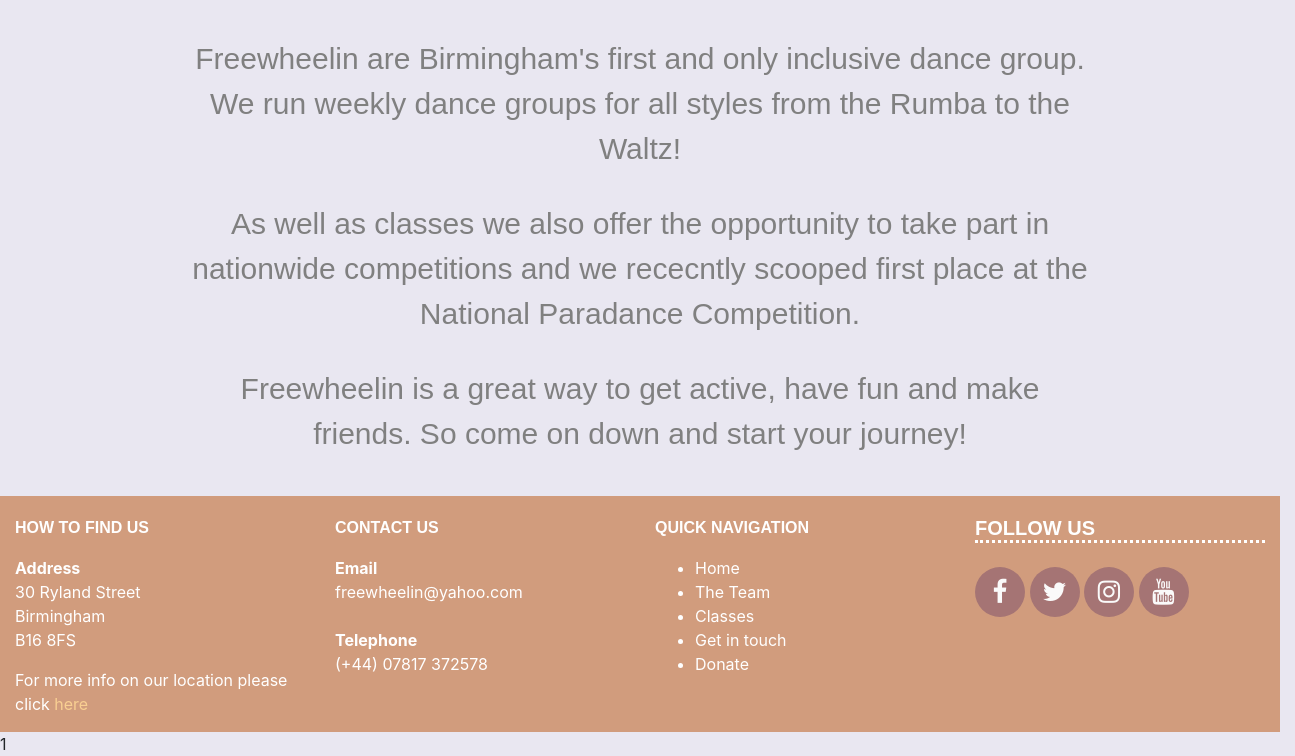
Repository: Code-Institute-Submissions/francisillingworth-resubmitted-milestone-project-1
Page: index.html
The author's editor kept a record of every edit. The page is drawn from the files as they stood at one moment, then again after the next edit.
The browser window is 1280 px wide. The page is 1295 px wide, so the pictures cover 1295 px, including what lies to the right of the window. The pictures show the part of the page from y = 811 to 1567 px (the page is 1567 px tall).

Above is the page before.

### index.html
<!DOCTYPE html>
<html lang="en">

<head>
    <meta charset="UTF-8">
    <meta name="viewport" content="width=device-width, initial-scale=1.0">
    <meta http-equiv="X-UA-Compatible" content="ie=edge">
    <link rel="stylesheet" href="https://stackpath.bootstrapcdn.com/bootstrap/4.3.1/css/bootstrap.min.css" type="text/css" />
    <link rel="stylesheet" href="https://stackpath.bootstrapcdn.com/font-awesome/4.7.0/css/font-awesome.min.css" type="text/css" />
    <link rel="stylesheet" href="https://cdnjs.cloudflare.com/ajax/libs/hover.css/2.3.1/css/hover-min.css" type="text/css" />
    <link rel="stylesheet" href="static/css/style.css" type="text/css" />
    <link rel="icon" type="image/png" href="assets/images/logo.png">
    <title>Freewheelin | Inclusive Dance</title>
</head>

<body>

    <header>
        <div class="container-fluid navalert-container">
            <div class="container-fluid alert-container">
                <div class="row d-none d-lg-block">
                    <div class="site-wide-alert alert alert-warning col-12 "><strong> Want to get involved?</strong> Click <a href="classes.html">here</a> for more info on classes! Want to donate? <button class="btn btn-success btn-sm " data-toggle="modal" data-target="#donateModal">Click Here!</button></div>
                </div>
            </div>
            <nav class="navbar navbar-dark navbar-expand-xl">
                <a href="/" class="navbar-brand"></a>
                <button class="navbar-toggler ml-auto" type="button" data-toggle="collapse" data-target="#navbarNavDropdown" aria-controls="navbarNavDropdown" aria-expanded="false" aria-label="Toggle navigation">
        <span class="navbar-toggler-icon"></span></button>


                <div class="collapse navbar-collapse  ml-auto" id="navbarNavDropdown">
                    <ul class="navbar-nav mr-auto">
                        <li class=" nav-item mr-2"><a class="nav-link" href="index.html">Home</a></li>
                        <li class="nav-item mr-2"><a class="nav-link" href="team.html">The Team</a></li>
                        <li class="nav-item dropdown">
                            <li class="nav-item mr-2"><a class="nav-link" href="classes.html">Classes</a></li>
                            <a class="nav-link dropdown-toggle " href="#" id="navbarDropdownMenuLink" role="button" data-toggle="dropdown" aria-haspopup="true" aria-expanded="false">Get in touch</a>
                            <div class="dropdown-menu" aria-labelledby="navbarDropdownMenuLink">
                                <a class="dropdown-item" href="get-in-touch.html">Contact us</a>
                                <a class="dropdown-item" href="#" data-toggle="modal" data-target="#donateModal">Donate</a>
                            </div>
                        </li>

                    </ul>
                </div>

            </nav>
        </div>

        <img class="logo" src="assets/images/logo.png" alt="Logo">
        <h1>Freewheelin</h1>
        <h2>Inclusive dance</h2>
        <div class="row no-gutters">
            <div class="col-md-8 offset-2">
                <div class="d-none d-lg-block">
                    <div class="row no-gutters">
                        <div class="col">
                            <ul id="nav" class="list-inline menucontainer">
                                <li class="col-sm-3 ui-menu-color list-inline-item menuitem">
                                    <a href="index.html" class="hvr-icon-grow"><i class="fa fa-home hvr-icon" aria-hidden="true"></i><span>&nbsp;  Home</span></a>
                                </li>
                                <li class="col-sm-3 ui-menu-color list-inline-item menuitem">
                                    <a href="team.html" class="hvr-icon-grow"><i class="fa fa-users hvr-icon" aria-hidden="true"></i><span>&nbsp;  The Team</span></a>
                                </li>
                                <li class="col-sm-3 ui-menu-color list-inline-item menuitem">
                                    <a href="classes.html" class="hvr-icon-grow"><i class="fa fa-calendar hvr-icon" aria-hidden="true"></i><span>&nbsp;  Classes</span></a>
                                </li>
                                <li class="col-sm-3 ui-menu-color list-inline-item menuitem">
                                    <a href="get-in-touch.html" class="hvr-icon-grow"><i class="fa fa-comments hvr-icon" aria-hidden="true"></i><span>&nbsp;  Get in touch</span></a>
                                </li>
                            </ul>

                        </div>
                    </div>
                </div>
            </div>
        </div>
    </header>

    <section>

        <iframe class="introVideo" width="516" height="296" src="https://www.youtube.com/embed/5jInVw9U_JM" frameborder="0" allow="accelerometer; autoplay; encrypted-media; gyroscope; picture-in-picture" allowfullscreen></iframe>
        <p class="homePagePara">Freewheelin are Birmingham's first and only inclusive dance group. We run weekly dance groups for all styles from the Rumba to the Waltz!</p>
        <p class="homePagePara">As well as classes we also offer the opportunity to take part in nationwide competitions and we rececntly scooped first place at the National Paradance Competition.</p>
        <p class="homePagePara">Freewheelin is a great way to get active, have fun and make friends. So come on down and start your journey!</p>
        </p>
    </section>

    <footer class="container-fluid">
        <div class="row">
            <div class="col-sm-6 col-md-4 col-lg-3">
                <p class="uppercase general-sub footerHeader"><strong>How to find us</strong></p>
                <p class="footer-text"><strong>Address</strong><br>30 Ryland Street<br>Birmingham<br>B16 8FS</p>
                <p class="footer-text footer-text-map-link">For more info on our location please click <a class="classes-page" href="classes.html">here</a></p>
                <div class="container-map">
                    <iframe src="https://www.google.com/maps/embed?pb=!1m18!1m12!1m3!1d4860.370228884722!2d-1.922623812816778!3d52.47578393677804!2m3!1f0!2f0!3f0!3m2!1i1024!2i768!4f13.1!3m3!1m2!1s0x4870bcf7880bee33%3A0xc67f882871949e74!2s30+Ryland+St%2C+Birmingham+B16+8FS!5e0!3m2!1sen!2suk!4v1556909026058!5m2!1sen!2suk"
                        width="300" height="300" frameborder="0" style="border:0" allowfullscreen></iframe>
                </div>
            </div>
            <div class="col-sm-6 col-md-4 col-lg-3">
                <p class="uppercase general-sub footerHeader"><strong>Contact Us</strong></p>
                <p class="footer-text"><strong> Email</strong><br>freewheelin@yahoo.com<br><br><strong>Telephone</strong><br>(+44) 07817 372578</p>
            </div>
            <div class="col-sm-6 col-md-4 col-lg-3">
                <p class="uppercase general-sub footerHeader"><strong>Quick Navigation</strong></p>
                <ul>
                    <li class="footer-nav"><a href="index.html">Home</a></li>
                    <li class="footer-nav"><a href="team.html">The Team</a></li>
                    <li class="footer-nav"><a href="classes.html">Classes</a></li>
                    <li class="footer-nav"><a href="get-in-touch.html">Get in touch</a></li>
                    <li class="footer-nav"><a href="#" data-toggle="modal" data-target="#donateModal">Donate</a></li>
                </ul>
            </div>
            <div class="col-sm-6 col-md-4 col-lg-3">
                <h5 class="uppercase general-sub"><strong>Follow us</strong></h5>
                <br>
                <ul class="list-inline social-links">
                    <li class="list-inline-item">
                        <a target="_blank" href="https://www.facebook.com/freewheelindance/?view_public_for=1515757465107461">
                            <i class="fa fa-facebook hvr-icon" aria-hidden="true"></i>
                            <span class="sr-only">Facebook</span>
                        </a>
                    </li>
                    <li class="list-inline-item">
                        <a target="_blank" href="https://twitter.com/wheelin_free">
                            <i class="fa fa-twitter hvr-icon" aria-hidden="true"></i>
                            <span class="sr-only">Twitter</span>
                        </a>
                    </li>
                    <li class="list-inline-item">
                        <a target="_blank" href="https://www.instagram.com/freewheelin_dance/">
                            <i class="fa fa-instagram hvr-icon" aria-hidden="true"></i>
                            <span class="sr-only">Instagram</span>
                        </a>
                    </li>
                    <li class="list-inline-item">
                        <a target="_blank" href="https://www.youtube.com/channel/UCn35KSVQHnnvmcoqwCyMNBQ">
                            <i class="fa fa-youtube hvr-icon" aria-hidden="true"></i>
                            <span class="sr-only">Youtube</span>
                        </a>
                    </li>
                </ul>
            </div>

        </div>

    </footer>

    <div class="modal" tabindex="-1" role="dialog" id="donateModal">
        <div class="modal-dialog" role="document">
            <div class="modal-content">
                <div class="modal-header">
                    <h5 class="modal-title">Donate to Freewheelin!</h5>
                    <button type="button" class="close" data-dismiss="modal" aria-label="Close">
          <span aria-hidden="true">&times;</span>
        </button>
                </div>
                <div class="modal-body">
                    <form>
                        <div class="form-group">
                            <label for="InputName">Full name (required)</label>
                            <input type="text" class="form-control" id="exampleInputEmail1" aria-describedby="emailHelp" placeholder="Enter full name" required>
                        </div>
                        <div class="form-group">
                            <label for="InputEmail">Email address (required)</label>
                            <input type="email" class="form-control" id="exampleInputEmail1" aria-describedby="emailHelp" placeholder="Enter email" required>
                            <small id="emailHelp" class="form-text text-muted">We'll never share your email with anyone else.</small>
                        </div>
                        <div class="form-group">
                            <label for="InputTelephoneNumber">Telephone number (optional)</label>
                            <input type="text" class="form-control" id="exampleInputPassword1" placeholder="Enter Telephone Number">
                            <small id="phoneHelp" class="form-text text-muted">We'll never share your phone number with anyone else.</small>
                        </div>
                        <p>By clicking submit you will send us your contact details. A member of the team will get in touch shortly to dicuss your donation. Thank you for your generosity!</p>
                        <button type="submit" class="btn btn-primary">Submit</button>
                    </form>
                </div>
            </div>
        </div>
    </div>



    <script src="https://code.jquery.com/jquery-3.3.1.slim.min.js" integrity="sha384-q8i/X+965DzO0rT7abK41JStQIAqVgRVzpbzo5smXKp4YfRvH+8abtTE1Pi6jizo" crossorigin="anonymous"></script>
    <script src="https://cdnjs.cloudflare.com/ajax/libs/popper.js/1.14.7/umd/popper.min.js" integrity="sha384-UO2eT0CpHqdSJQ6hJty5KVphtPhzWj9WO1clHTMGa3JDZwrnQq4sF86dIHNDz0W1" crossorigin="anonymous"></script>
    <script src="https://stackpath.bootstrapcdn.com/bootstrap/4.3.1/js/bootstrap.min.js" integrity="sha384-JjSmVgyd0p3pXB1rRibZUAYoIIy6OrQ6VrjIEaFf/nJGzIxFDsf4x0xIM+B07jRM" crossorigin="anonymous"></script>


</body>

</html>
1

### static/css/style.css
/*------------------colours*/

body {
    background-color: #e9e7f1;
}



/*------------------heading*/

h1 {
    width: 100%;
    font-family: century gothic, sans-serif;
    font-weight: 100;
    font-size: 56px;
    text-align: center;
    letter-spacing: 3px;
}

h4 {
    font-family: century gothic, sans-serif;
    font-weight: 100;
    font-size: 20px;
    text-align: center;
    letter-spacing: 5px;
    color: #808080;
}

.logo {
    border-radius: 50%;
    display: inherit;
    margin-left: auto;
    margin-right: auto;
}

.list-inline-item:not(:last-child) {
    margin: 0;
}

.menucontainer {
    font-size: 0;

}

#nav li {
    font-size: 20px;
    text-align: center;
    padding: 7px 10px 10px 10px;
    background-color: #d9c8ca;
    color: black;
    border-radius: 25px;
    margin-top: 10px;

}

#nav li:hover {
    background-color: #bfa4a4
}

.menuitem {
    height: 100%;
}

.menuitem a {
    width: 100%;
    text-decoration: none;
    color: #fff;
    height: 100%;
    display: block;
}

.menuitem span {
    width: 100%
}

/* ------------------------------------Alert bar*/

.alert {
    padding: 3px 20px;
    text-align: right;
    background-color: #e9e7f1;
    border-color: #e9e7f1;

}

btn-group-sm>.btn,
.btn-sm {
    padding: .25rem .5rem;
    font-size: .875rem;
    line-height: 1.5;
    border-radius: .2rem;
    margin-left: 10px;
}

.alert-container {
    padding: 0;
}


/*-----------------------------------burger nav*/

.nav-link {
    text-align: right;
    font-weight: 800;
}


.navbar-dark .navbar-nav .nav-link {
    color: #747779;
}


.navbar-toggler-icon {
    display: inline-block;
    width: 2.5em;
    height: 2.5em;
    vertical-align: middle;
    content: "";
    background: no-repeat center center;
    background-size: 100% 100%;


}

.navbar-dark .navbar-toggler-icon {
    background-image: url(http://assets.stickpng.com/thumbs/588a64e7d06f6719692a2d11.png);
}

.dropdown-item {
    text-align: right;
    color: #747779;
    font-weight: 700;
}

.dropdown-menu {
    background-color: transparent;
    border: none;
}

.navalert-container {
    padding: 0;
}



.dropdown-item:focus,
.dropdown-item:hover {
    color: white;
    text-decoration: none;
    background-color: #e9e7f1;
}

@media(min-width:992px) {
    .navbar-expand-xl {
        display: none;
    }
}




/*---------------------------------------footer*/

h5 {
    margin: 0;
    border-bottom-style: dotted;
    border-bottom-color: white;
}

.uppercase {
    text-transform: uppercase
}

.general-sub {
    font-family: "nanum-Gothic", sans-serif;
    color: white;
}

footer {
    margin-top: 40px;
    background-color: #d19c7d;
    min-height: 100px;
    padding-top: 20px;

}

.footer-text {
    color: white;
}

/* credit to tkjaergaard  https://gist.github.com/tkjaergaard/1853190  for inspiration on making the map circular and for ideas for code make it happen */

.container-map {

    text-align: center;
    overflow: hidden;
    border-radius: 50%;
    position: relative;
    z-index: 1;
    height: 290px;
    width: 290px;
    border: 10px solid #f9cf92;
    margin-bottom: 20px;
}

.container-map iframe {
    position: absolute;
    border-radius: 50%;
    top: 0;
    left: -10px;

}

.social-links li a i {
    width: 50px;
    height: 50px;
    padding: 12px 0;
    border-radius: 50%;
    font-size: 26px;
    text-align: center;
    color: #fafafa;
    background-color: #a57474;
    transition: all 0.35s ease-in-out;
    -moz-transition: all 0.35s ease-in-out;
    -webkit-transition: all 0.35s ease-in-out;
    -o-transition: all 0.35s ease-in-out;

}

.social-links li a i:hover {
    background-color: #f9cf92;
    transform: scale(1.15);

}

.footer-nav {
    text-decoration: none;
    color: white;

}

.footer-nav a {
    text-decoration: none;
    color: white;

}

.footer-nav:hover {

    color: #8f8f8f;
}

.footer-nav a:hover {
    color: #8f8f8f;
}


.introVideo {
    width: 100%;
    margin-top: 40px;
}

.classes-page {
    color: #f9cf92;

}

.classes-page:hover {
    color: #a57474;
    text-decoration: none;
}



/*-------------------------index.html*/

.homePagePara {
    text-align: center;
    font-family: century gothic, sans-serif;
    font-size: 20px;
    font-weight: 300;
    color: #808080;
    width: 98%;
    margin-left: 1%;
    margin-top: 30px;
}

/*-------------------------------get in touch*/

.contact-form {
    margin-left: 1%;
    margin-right: 1%;
    font-size: 20px;
    width: 98%;
}

/*-------------------------------team*/

.teamPic {
    border-radius: 50%;
    border: 10px solid #d9c8ca;
    text-align: center;

}

.bioName {
    font-family: century gothic, sans-serif;
    font-size: 30px;
    font-weight: 300;
    color: #808080;


}

.bioPara {

    font-family: century gothic, sans-serif;
    font-size: 14px;
    font-weight: 600;
    color: #808080;
}




.katie {
    border: 10px solid #f9cf92;
}

.bioPic {
    padding-top: 20px;
    text-align: center;
}

.bioPic:hover {
    transform: scale(1.1);
}



/*-----------------------------------------classes*/

.classesText {
    font-family: century gothic, sans-serif;
    font-weight: 300;
    font-size: 30px;
    text-align: center;
    margin-top: 10px;
    color: #808080;
}


.map-responsive {
    overflow: hidden;
    padding-bottom: 56.25%;
    position: relative;
    height: 0;
    border-radius: 10px;
}

.map-responsive iframe {
    left: 0;
    top: 0;
    height: 100%;
    width: 100%;
    position: absolute;
}

.contact-us-modal {
    color: #d19c7d;
}

.contact-us-modal:hover {
    color: #a57474;
    text-decoration: none;
}





/*-------------------------------@media*/

@media (min-width:576px) {

    .homePagePara {
        margin-left: 5%;
        margin-right: 5%;
        font-size: 30px;
        font-weight: 100;
        width: 90%;
    }
    .introVideo {
        width: 90%;
        margin-left: 5%
    }

    .container-map {
        display: none
    }

}


@media (max-width:576px) {

    .footer-text-map-link {
        display: none
    }

}


@media (min-width:768px) {

    .homePagePara {
        margin-left: 15%;
        margin-right: 15%;
        font-size: 30px;
        width: 70%;


    }

    .introVideo {
        width: 60%;
        margin-left: 20%
    }

    .contact-form {
        margin-left: 15%;
        margin-right: 15%;
        font-size: 20px;
        width: 70%;

    }


}



@media (min-width:992px) {
    .meet-the-team {
        text-align: left;
    }
}

@media (max-width:992px) {
    .free-wheelin-title {
        display: none;
    }
}

After the next edit:
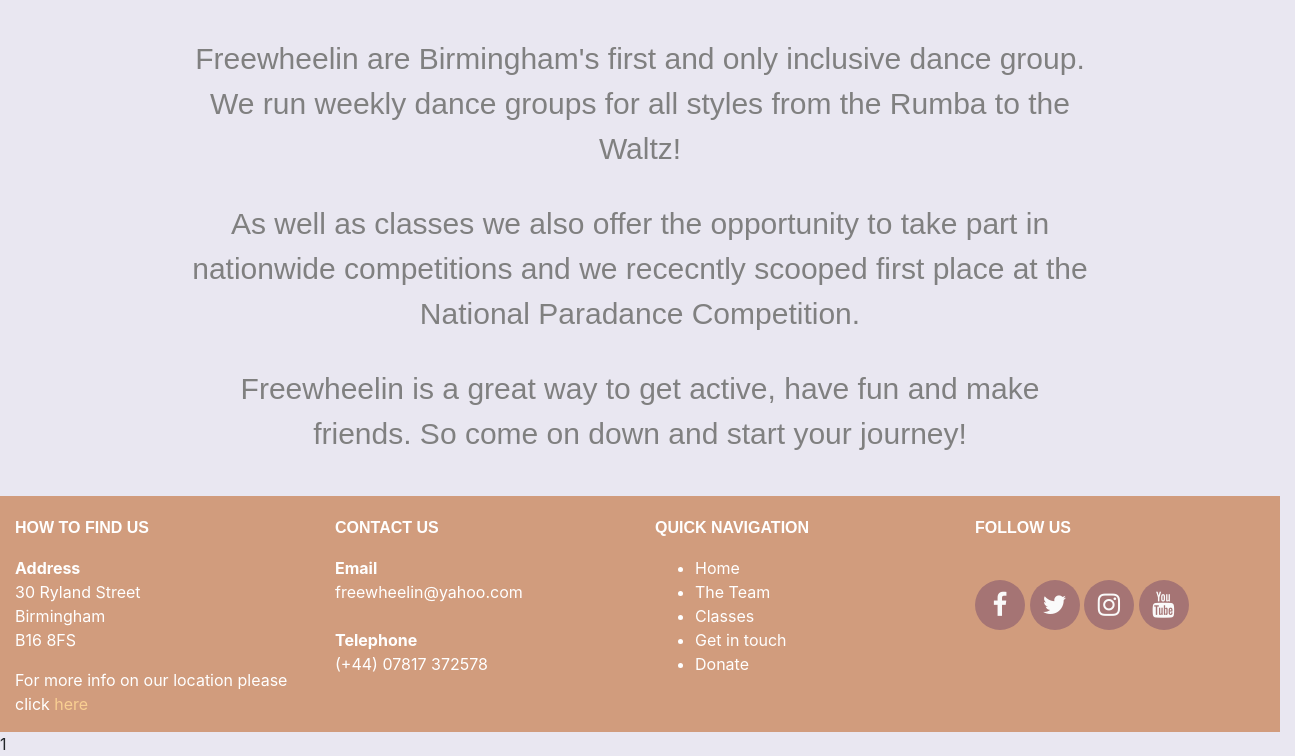
The edit:
--- a/index.html
+++ b/index.html
@@ -112,7 +112,7 @@
                 </ul>
             </div>
             <div class="col-sm-6 col-md-4 col-lg-3">
-                <h5 class="uppercase general-sub"><strong>Follow us</strong></h5>
+                <p class="uppercase general-sub footerHeader"><strong>Follow us</strong></p>
                 <br>
                 <ul class="list-inline social-links">
                     <li class="list-inline-item">
